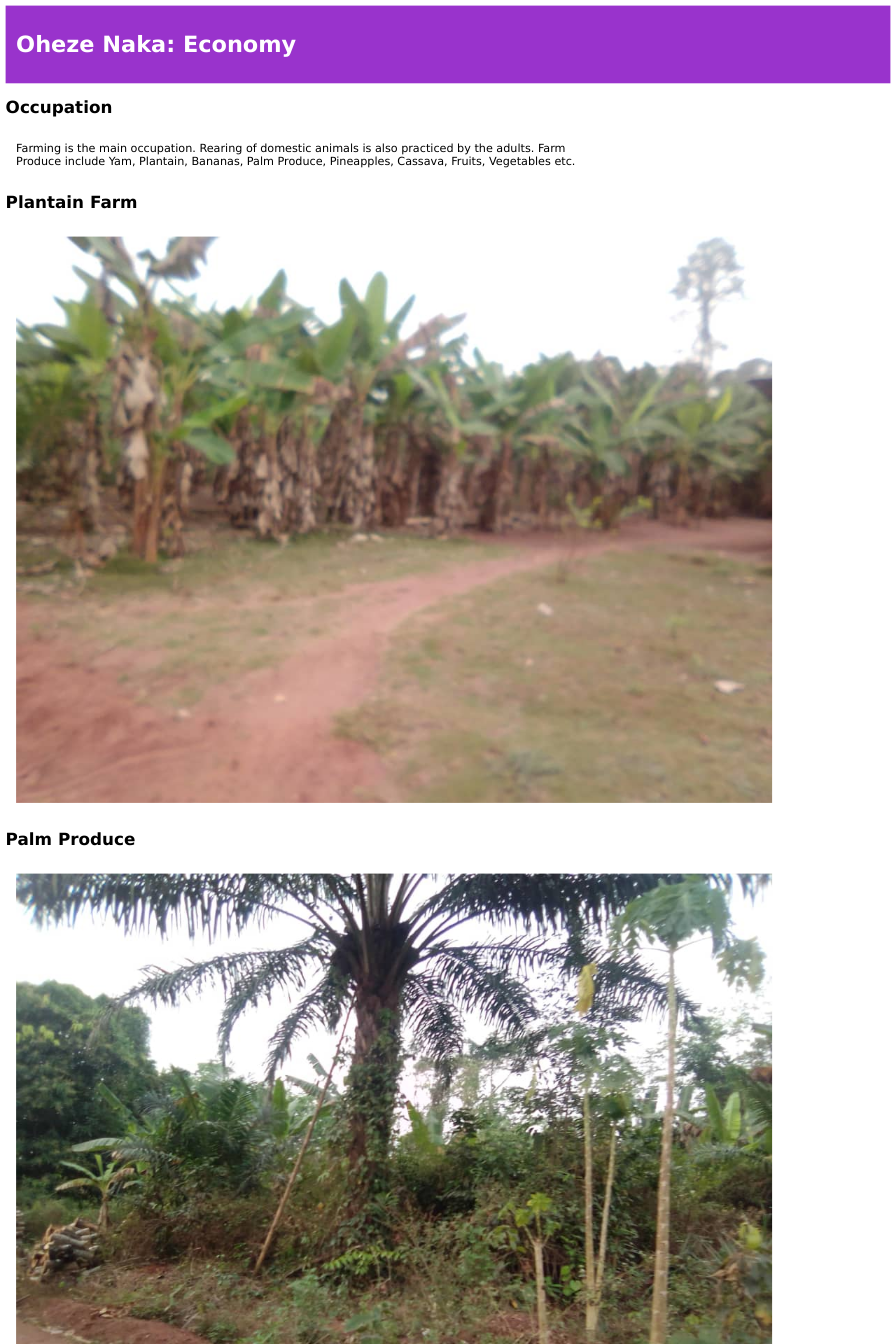
Repository: OtasowieRotimiOsifo/oheze-naka-forum
Page: economy.html
An editor plug-in stored every save of this project. The page is shown before and after the next save, followed by the edit.
The browser window is 1280 px wide. The pictures show the part of the page from y = 0 to 1920 px (the page is 3974 px tall before and 4885 px after), at 70% of full size.

Above is the page before, as saved 2021-04-01 22:58:43.

### economy.html
<!DOCTYPE html>
<html lang="en">

<meta name="viewport" content="width=device-width, initial-scale=1.0">
<style>
* {
  box-sizing: border-box;
}

.row::after {
  content: "";
  clear: both;
  display: table;
}

[class*="col-"] {
  float: left;
  padding: 15px;
}

html {
  font-family: "Lucida Sans", sans-serif;
}

.header {
  background-color: #9933cc;
  color: #ffffff;
  padding: 15px;
}

.menu ul {
  list-style-type: none;
  margin: 0;
  padding: 0;
}

.menu li {
  padding: 8px;
  margin-bottom: 7px;
  background-color: #33b5e5;
  color: #ffffff;
  box-shadow: 0 1px 3px rgba(0,0,0,0.12), 0 1px 2px rgba(0,0,0,0.24);
}

.menu li:hover {
  background-color: #0099cc;
}

.aside {
  background-color: #4E38A9;
  padding: 15px;
  color: #ffffff;
  text-align: center;
  font-size: 14px;
  box-shadow: 0 1px 3px rgba(0,0,0,0.12), 0 1px 2px rgba(0,0,0,0.24);
}

.footer {
  background-color: #0099cc;
  color: #ffffff;
  text-align: center;
  font-size: 12px;
  padding: 15px;
}

/* For mobile phones: */
[class*="col-"] {
  width: 100%;
}

@media only screen and (min-width: 600px) {
  /* For tablets: */
  .col-s-1 {width: 8.33%;}
  .col-s-2 {width: 16.66%;}
  .col-s-3 {width: 25%;}
  .col-s-4 {width: 33.33%;}
  .col-s-5 {width: 41.66%;}
  .col-s-6 {width: 50%;}
  .col-s-7 {width: 58.33%;}
  .col-s-8 {width: 66.66%;}
  .col-s-9 {width: 75%;}
  .col-s-10 {width: 83.33%;}
  .col-s-11 {width: 91.66%;}
  .col-s-12 {width: 100%;}
}
@media only screen and (min-width: 768px) {
  /* For desktop: */
  .col-1 {width: 8.33%;}
  .col-2 {width: 16.66%;}
  .col-3 {width: 25%;}
  .col-4 {width: 33.33%;}
  .col-5 {width: 41.66%;}
  .col-6 {width: 50%;}
  .col-7 {width: 58.33%;}
  .col-8 {width: 66.66%;}
  .col-9 {width: 75%;}
  .col-10 {width: 83.33%;}
  .col-11 {width: 91.66%;}
  .col-12 {width: 100%;}
}
</style>
<head>
<title> Oheze-Naka Economy </title>
</head>
<body>

<div class="header">
  <h1>Oheze Naka: Economy</h1>
</div>
<div class="row">
  <h2>Occupation</h2>
  <div class="col-8 col-s-9">
      <span>Farming is the main occupation. Rearing of domestic animals is also practiced by the adults. </span>
      <span>Farm Produce include Yam, Plantain, Bananas, Palm Produce, Pineapples, Cassava, Fruits, Vegetables etc.</span>
    </div>
  </div>
  <div class="row">
    <h2>Plantain Farm</h2>
    <div  class="col-3 col-s-3">
      <img src="img/plantain-farm2.jpg"/>
  </div>
  </div>
  <div class="row">
    <h2>Palm Produce</h2>
    <div  class="col-3 col-s-3">
      <img src="img/palm-tree2.jpg"/>
  </div>
  </div>
  <div class="row">
    <h2>Gari Production from Cassava</h2>
    <div  class="col-3 col-s-3">
      <img src="img/gari-production.jpg"/>
  </div>
  </div>
  <div class="row">
    <h2>Wood for Fuel</h2>
    <div  class="col-3 col-s-3">
      <img src="img/woods.jpg"/>
  </div>
  </div>
<div class="footer">
  <p>Courtesy of Oheze Naka Forum.</p>
</div>

</body>
</html>

After the next save:
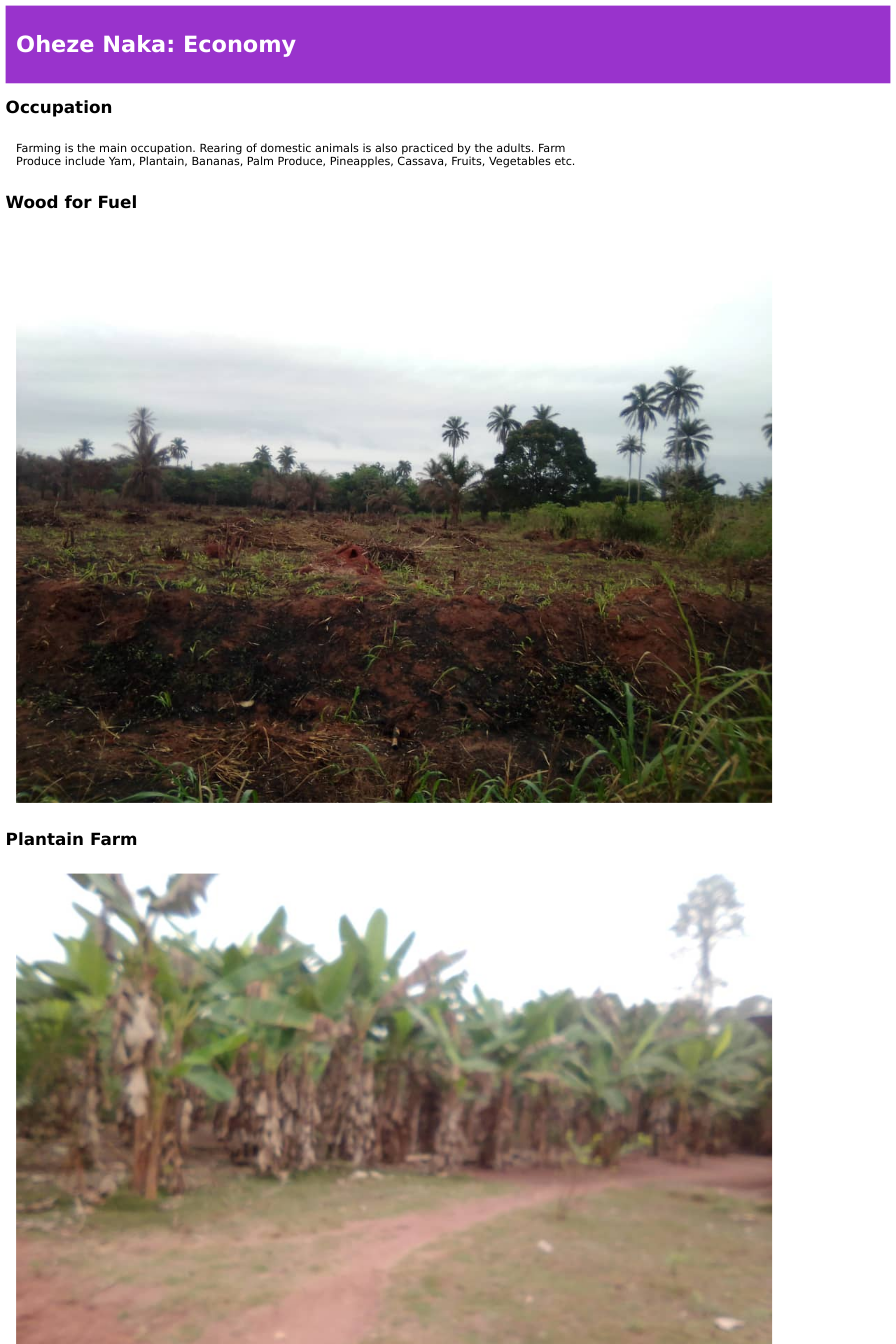
Saved 6 min 53 s later.
--- a/economy.html
+++ b/economy.html
@@ -115,6 +115,12 @@ html {
     </div>
   </div>
   <div class="row">
+    <h2>Wood for Fuel</h2>
+    <div  class="col-3 col-s-3">
+      <img src="img/farm-land-preparation.jpeg"/>
+  </div>
+  </div>
+  <div class="row">
     <h2>Plantain Farm</h2>
     <div  class="col-3 col-s-3">
       <img src="img/plantain-farm2.jpg"/>
